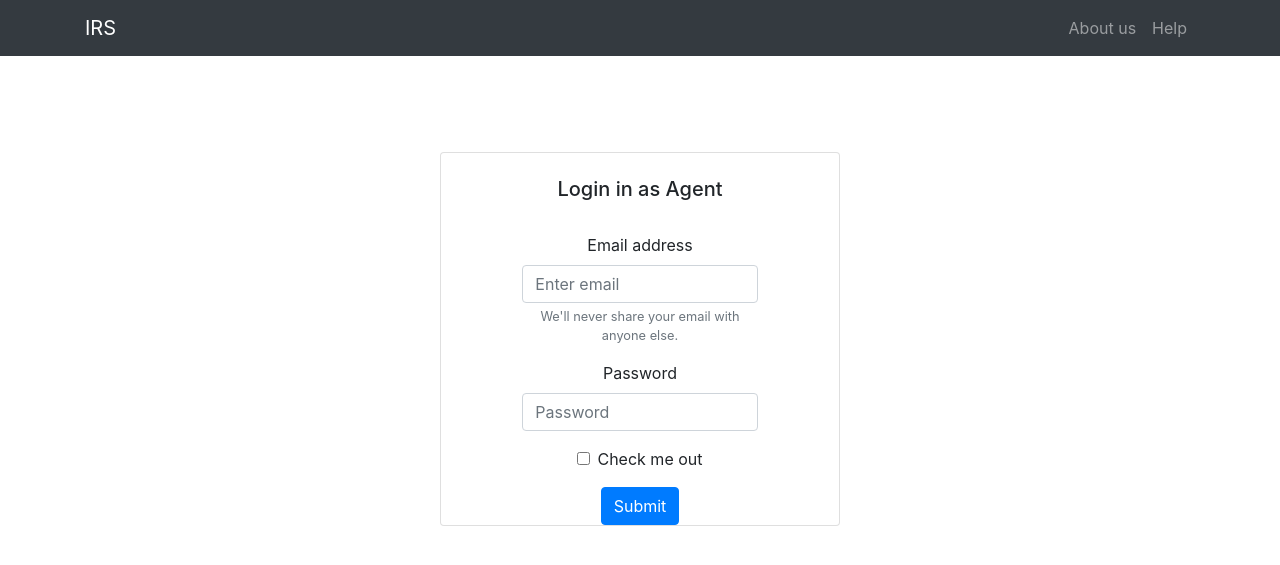
Repository: greeshmavyas/IRS_CS
Page: / (app in AgentManagement/Frontend/)
These files come from the project's save history. The page is drawn as it stood at one moment and after the next save; the edit follows.
The browser window is 1280 px wide. The pictures show the whole page.
Some web libraries are served in a nearby version. The project was rebuilt for these pictures with package versions that can differ from the ones it lists, and the page was loaded fresh each time. Also part of the build but not shown: AgentManagement/Frontend/src/components/NavbarDash.js, AgentManagement/Frontend/src/components/Sidebar.js, AgentManagement/Frontend/src/components/Dashboard.js, AgentManagement/Frontend/src/components/Settings.js, AgentManagement/frontend/src/App.css.

Above is the page before, as saved 2020-10-26 16:26:06.

### AgentManagement/frontend/public/index.html
<!DOCTYPE html>
<html lang="en">
  <head>
    <meta charset="utf-8" />
    <link rel="icon" href="%PUBLIC_URL%/favicon.ico" />
    <meta name="viewport" content="width=device-width, initial-scale=1" />
    <meta name="theme-color" content="#000000" />
    <meta
      name="description"
      content="Web site created using create-react-app"
    />
    <link rel="apple-touch-icon" href="%PUBLIC_URL%/logo192.png" />
    <!--
      manifest.json provides metadata used when your web app is installed on a
      user's mobile device or desktop. See https://developers.google.com/web/fundamentals/web-app-manifest/
    -->
    <link rel="manifest" href="%PUBLIC_URL%/manifest.json" />
    <link rel="stylesheet" href="https://stackpath.bootstrapcdn.com/bootstrap/4.4.1/css/bootstrap.min.css"
      integrity="sha384-Vkoo8x4CGsO3+Hhxv8T/Q5PaXtkKtu6ug5TOeNV6gBiFeWPGFN9MuhOf23Q9Ifjh" crossorigin="anonymous">
    <script src="https://kit.fontawesome.com/db1fc867ad.js" crossorigin="anonymous"></script>
    <!--
      Notice the use of %PUBLIC_URL% in the tags above.
      It will be replaced with the URL of the `public` folder during the build.
      Only files inside the `public` folder can be referenced from the HTML.

      Unlike "/favicon.ico" or "favicon.ico", "%PUBLIC_URL%/favicon.ico" will
      work correctly both with client-side routing and a non-root public URL.
      Learn how to configure a non-root public URL by running `npm run build`.
    -->
    <title>React App</title>
  </head>
  <body>
    <noscript>You need to enable JavaScript to run this app.</noscript>
    <div id="root"></div>
    <script src="https://code.jquery.com/jquery-3.4.1.slim.min.js"
      integrity="sha384-J6qa4849blE2+poT4WnyKhv5vZF5SrPo0iEjwBvKU7imGFAV0wwj1yYfoRSJoZ+n" crossorigin="anonymous"></script>
    <script src="https://cdn.jsdelivr.net/npm/popper.js@1.16.0/dist/umd/popper.min.js"
      integrity="sha384-Q6E9RHvbIyZFJoft+2mJbHaEWldlvI9IOYy5n3zV9zzTtmI3UksdQRVvoxMfooAo" crossorigin="anonymous"></script>
    <script src="https://stackpath.bootstrapcdn.com/bootstrap/4.4.1/js/bootstrap.min.js"
      integrity="sha384-wfSDF2E50Y2D1uUdj0O3uMBJnjuUD4Ih7YwaYd1iqfktj0Uod8GCExl3Og8ifwB6" crossorigin="anonymous"></script>
    <!--
      This HTML file is a template.
      If you open it directly in the browser, you will see an empty page.

      You can add webfonts, meta tags, or analytics to this file.
      The build step will place the bundled scripts into the <body> tag.

      To begin the development, run `npm start` or `yarn start`.
      To create a production bundle, use `npm run build` or `yarn build`.
    -->
  </body>
</html>

### AgentManagement/Frontend/src/App.js
import React from 'react';
import { BrowserRouter } from 'react-router-dom';
import Main from "./Main"
import './App.css';

function App() {
  return (
    <div>
      <BrowserRouter>
        <Main />
      </BrowserRouter>
    </div>
  );
}

export default App;

### AgentManagement/Frontend/src/Main.js
import React, { Component } from 'react';
import { Route } from 'react-router-dom';
import login from './components/login';
import Dashboard from './components/Dashboard';
import Settings from './components/Settings';

 class Main extends Component {
    render() {
        return (
          <div>
            <Route exact path="/" component={login} />
            <Route exact path="/dashboard" component={Dashboard} />
            <Route exact path="/settings" component={Settings} />
          </div>
        );
    }
}

export default Main;

### AgentManagement/Frontend/src/components/login.js
import React, { Component } from "react";
import Card from 'react-bootstrap/Card'
import NavbarLogin from './NavbarLogin'
import Form from 'react-bootstrap/Form'
import Button from 'react-bootstrap/Button'


class login extends Component {
  constructor() {
    super();
    this.state = {
      email: "",
      password: "",
      userType: "",
      errors: {},
    };
  }

  onChange = (e) => {
    this.setState({
      [e.target.name]: e.target.value,
    });
  };

  render() {
    return (
      <div>
        <NavbarLogin />
        <br></br>
        <br></br>
        <br></br>
        <center>
          <Card style={{ width: '25rem',  alignItems:"center", justify:"center" }}>
            <div className="container">
              <div className="row">
                <div className="col-md-8 m-auto">
                  <br></br>
                  <h5>Login in as Agent</h5>
                  <br></br>
                  <Form>
                    <Form.Group controlId="formBasicEmail">
                      <Form.Label>Email address</Form.Label>
                      <Form.Control type="email" placeholder="Enter email" />
                      <Form.Text className="text-muted">
                        We'll never share your email with anyone else.
                    </Form.Text>
                    </Form.Group>

                    <Form.Group controlId="formBasicPassword">
                      <Form.Label>Password</Form.Label>
                      <Form.Control type="password" placeholder="Password" />
                    </Form.Group>
                    <Form.Group controlId="formBasicCheckbox">
                      <Form.Check type="checkbox" label="Check me out" />
                    </Form.Group>
                    <Button variant="primary" type="submit">
                      Submit
                    </Button>
                  </Form>
                  {/*  <form onSubmit={this.onSubmit}>
                <div className="form-group">
                <strong>Username</strong>
                  <input
                    type="email"
                    className="form-control form-control-lg"
                    placeholder="Email Address"
                    name="email"
                    value={this.state.email}
                    onChange={this.onChange}
                  />
                </div>
                <div className="form-group">
                <strong>Password</strong>
                  <input
                    type="password"
                    className="form-control form-control-lg"
                    placeholder="Password"
                    name="password"
                    value={this.state.password}
                    onChange={this.onChange}
                  />
                </div>
                 <a href="/dashboard" class="btn btn-info btn-block mt-4">
                    Login
                  </a>
                  <br></br>
                  <br></br>
              </form> */}
                </div>
              </div>
            </div>
          </Card>
        </center>
      </div>
    );
  }
}

export default login;

### AgentManagement/Frontend/src/components/NavbarLogin.js
import React, { Component } from 'react';

class NavbarLogin extends Component {

  handleLogout = () => {
    window.localStorage.clear();
  };

  render() {
    return (
      <nav className="navbar navbar-expand-sm navbar-dark bg-dark mb-4">
        <div className="container">
          <a className="navbar-brand" href="/companyDashboard">
            IRS
          </a>
          <button
            className="navbar-toggler"
            type="button"
            data-toggle="collapse"
            data-target="#mobile-nav"
          >
            <span className="navbar-toggler-icon"></span>
          </button>

          <div className="collapse navbar-collapse" id="mobile-nav">

            <ul className="navbar-nav ml-auto">
              <li className="nav-item">
                <a className="nav-link" href="/">
                  About us
                </a>
              </li>
              <li className="nav-item">
                <a className="nav-link" href="/" onClick={this.handleLogout}>
                  Help
                </a>
              </li>
            </ul>
          </div>
        </div>
      </nav>
    );
  }
}

export default NavbarLogin;

Loaded but not shown: AgentManagement/Frontend/src/index.js (common file); AgentManagement/frontend/src/index.css (common file); AgentManagement/frontend/src/serviceWorker.js (common file)

After the next save:
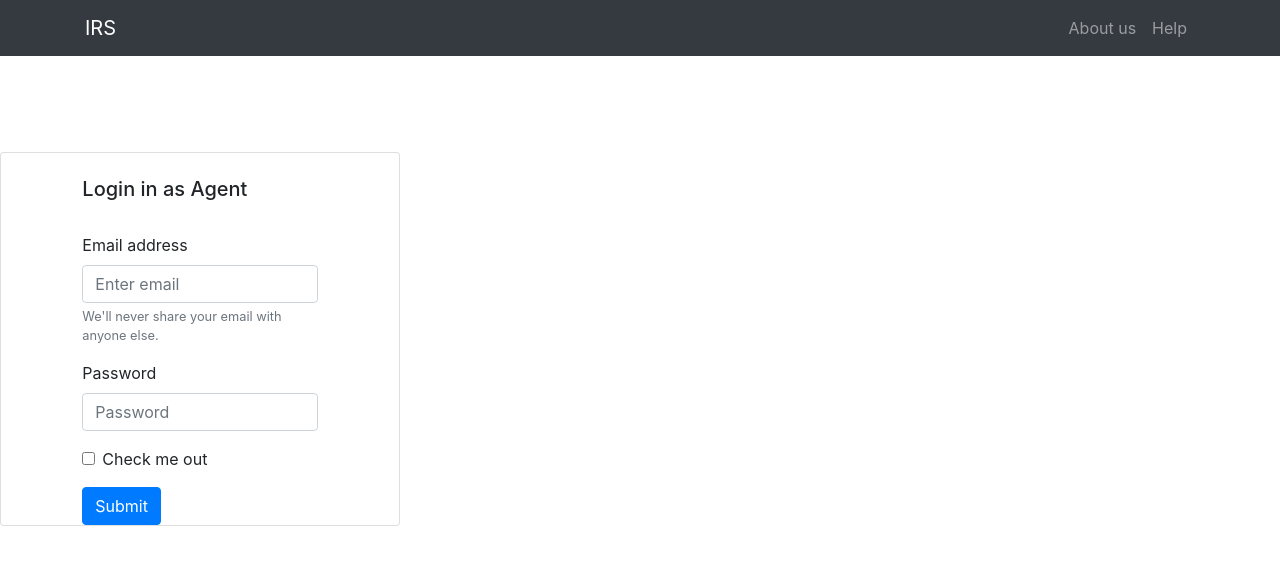
Saved 16 s later.
--- a/AgentManagement/Frontend/src/components/login.js
+++ b/AgentManagement/Frontend/src/components/login.js
@@ -29,7 +29,6 @@ class login extends Component {
         <br></br>
         <br></br>
         <br></br>
-        <center>
           <Card style={{ width: '25rem',  alignItems:"center", justify:"center" }}>
             <div className="container">
               <div className="row">
@@ -90,7 +89,6 @@ class login extends Component {
               </div>
             </div>
           </Card>
-        </center>
       </div>
     );
   }
